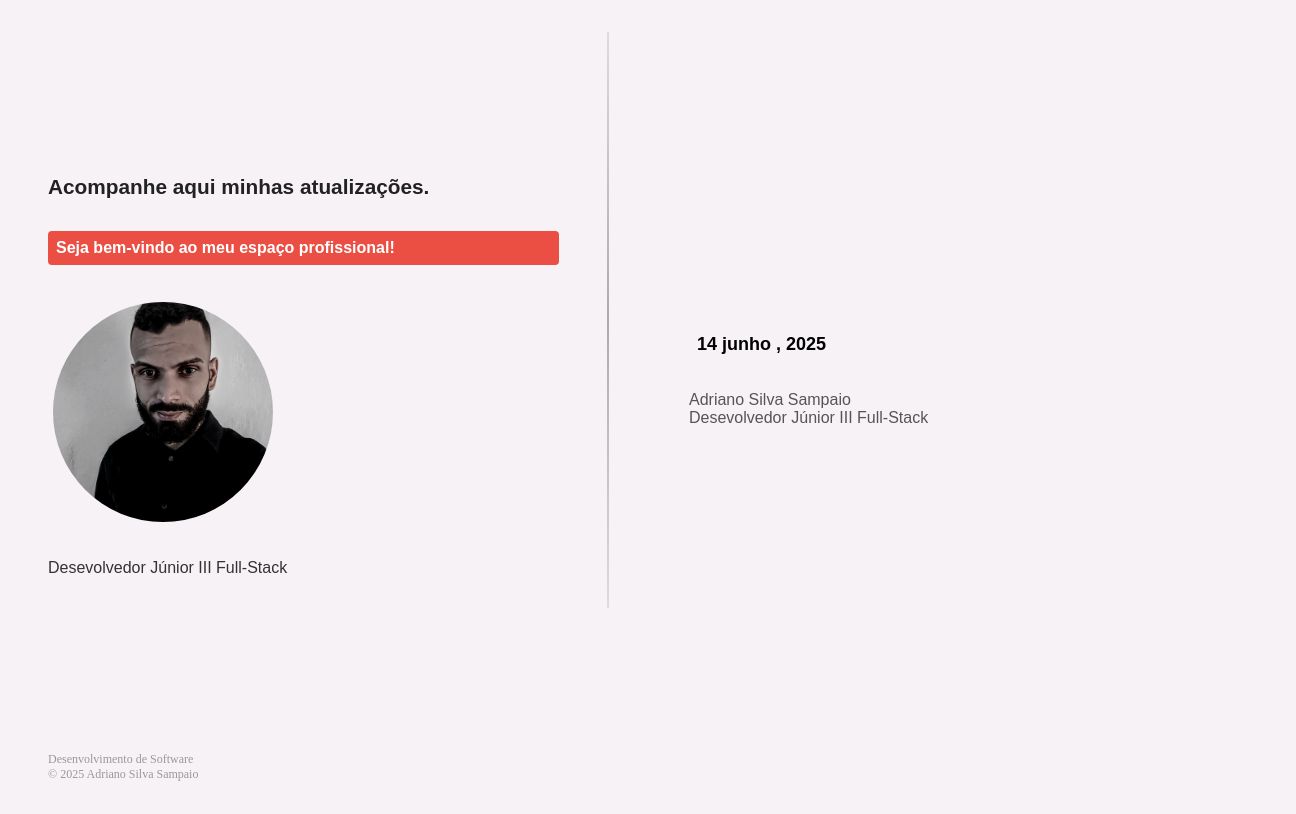
Repository: umdevadriano/portifolio2025
Page: /
The author's editor kept a copy of each file at every save. The page is drawn from the files as they stood at one save, then again after the next save.
The browser window is 1280 px wide. The page is 1296 px wide, so the pictures cover 1296 px, including what lies to the right of the window. The pictures show the whole page.
The project was rebuilt for these pictures with package versions that can differ from the ones it lists, and the page was loaded fresh each time. Also part of the build but not shown: vite.config.ts.

Above is the page before, as saved 2025-06-22 19:02:26.

After the next save:
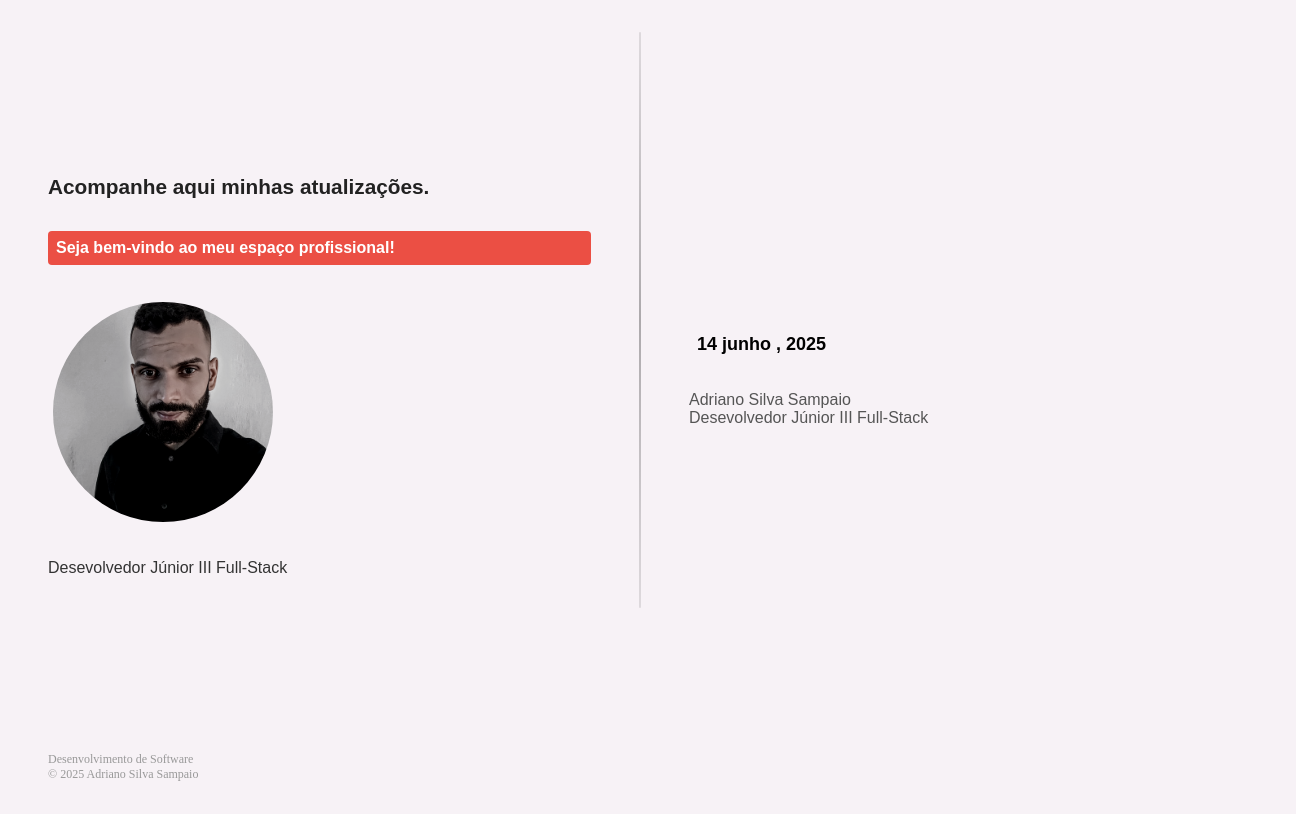
Saved 41 s later.
--- a/src/componentes/RightSide/RightSide.tsx
+++ b/src/componentes/RightSide/RightSide.tsx
@@ -6,7 +6,7 @@
 function RightSide({ children }: Props){
     const RightSideDiv = styled.div`
         flex: 1;
-        padding: 32px;
+        /* padding: 32px; */
         display: flex;
         flex-direction: column;
         justify-content: center;

After the save that followed:
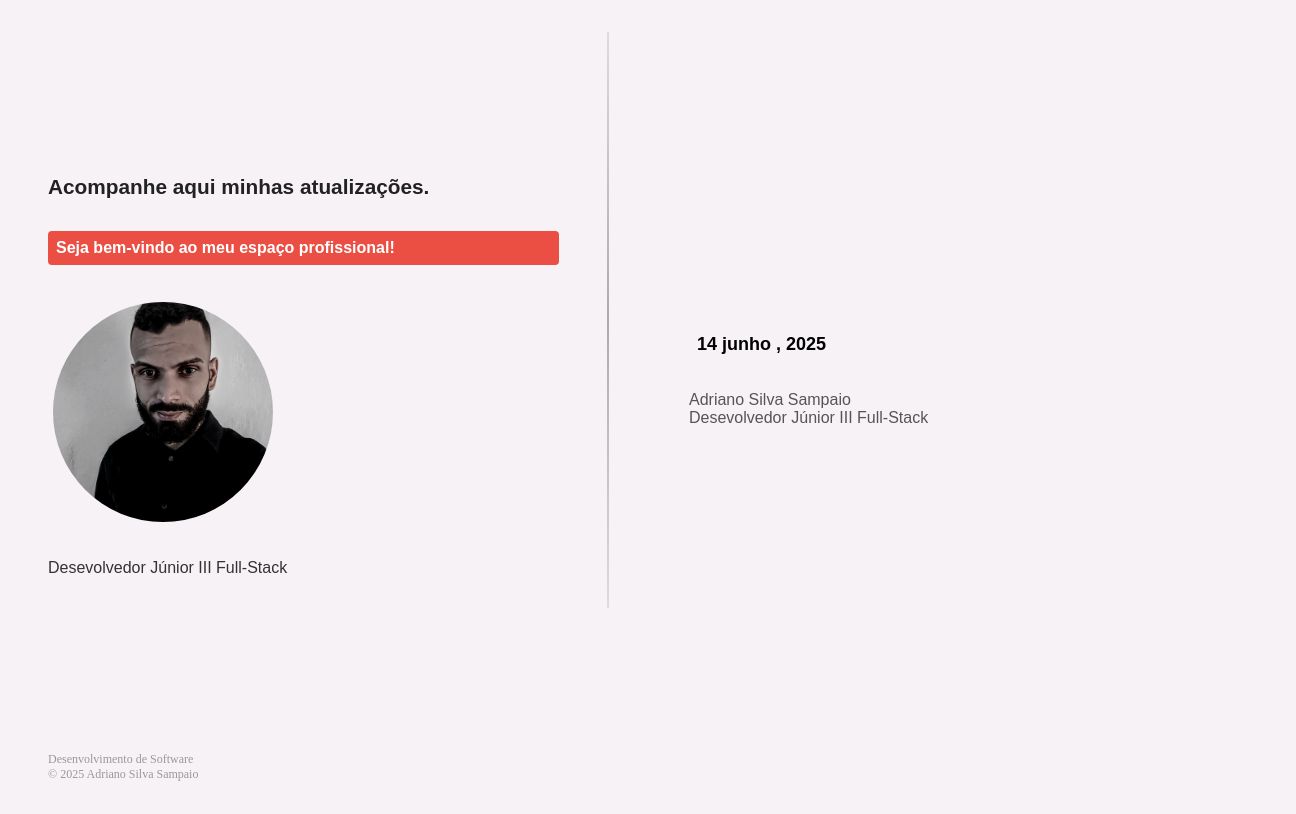
Saved 25 s later.
--- a/src/componentes/RightSide/RightSide.tsx
+++ b/src/componentes/RightSide/RightSide.tsx
@@ -6,7 +6,7 @@
 function RightSide({ children }: Props){
     const RightSideDiv = styled.div`
         flex: 1;
-        /* padding: 32px; */
+        padding: 32px;
         display: flex;
         flex-direction: column;
         justify-content: center;
